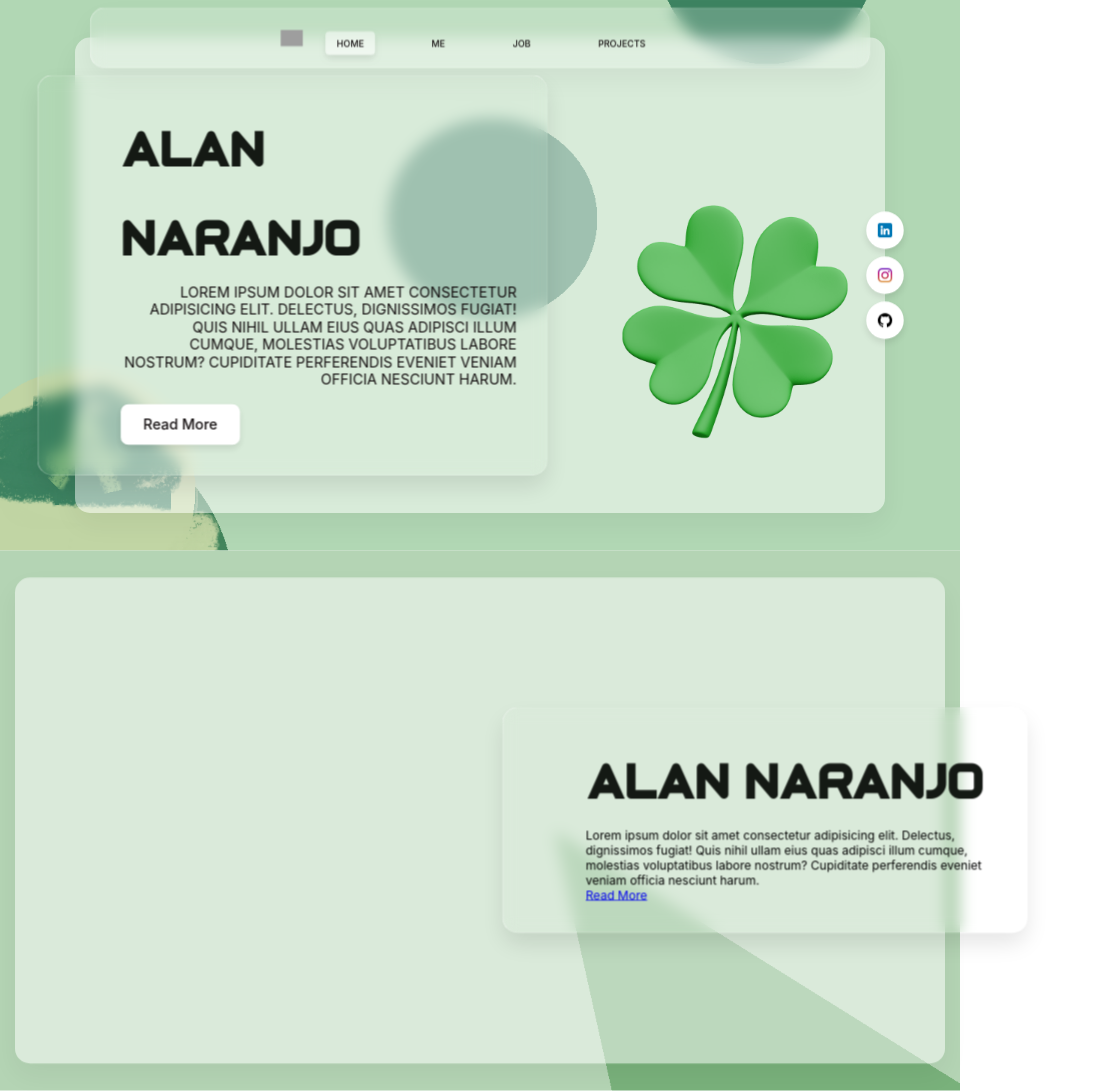
Repository: L-A-M-J-O/Me-sitio-Web
Page: / (app in my-project/)
An editor plug-in stored every save of this project. The page is shown before and after a run of saves, followed by the edit.
The browser window is 1280 px wide. The page is 1370 px wide, then 1470 px, so the pictures cover 1470 px, including what lies to the right of the window. The pictures show the whole page, at 75% of full size.
Pictures or frames that could not be fetched are drawn as grey boxes. Backgrounds fixed to the window are drawn as part of the page. The project was rebuilt for these pictures with package versions that can differ from the ones it lists, and the page was loaded fresh each time.

Above is the page before, as saved 2022-09-20 16:06:51.

After the next 2 saves:
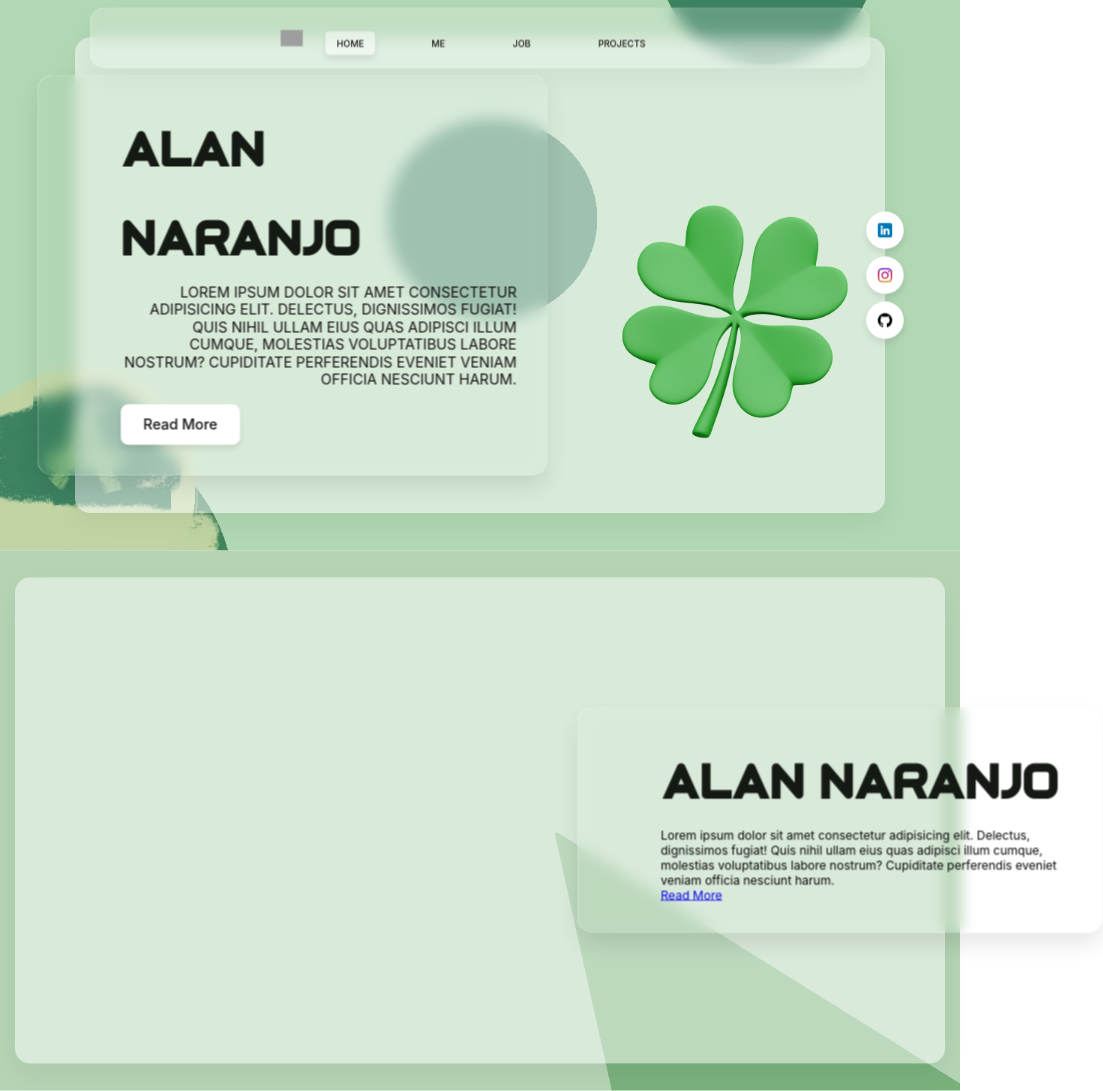
The 2 saves are shown as one change because they came seconds apart.
The last was saved 8 s later.
--- a/my-project/src/components/Me/Me.css
+++ b/my-project/src/components/Me/Me.css
@@ -22,7 +22,7 @@
 }
 
 .content-me {
-    transform: translateX(600px);
+    transform: translateX(700px);
     max-width: 700px;
     box-shadow:  0 15px 30px rgba(0, 0, 0, 0.1);
     border-radius: 20px;
